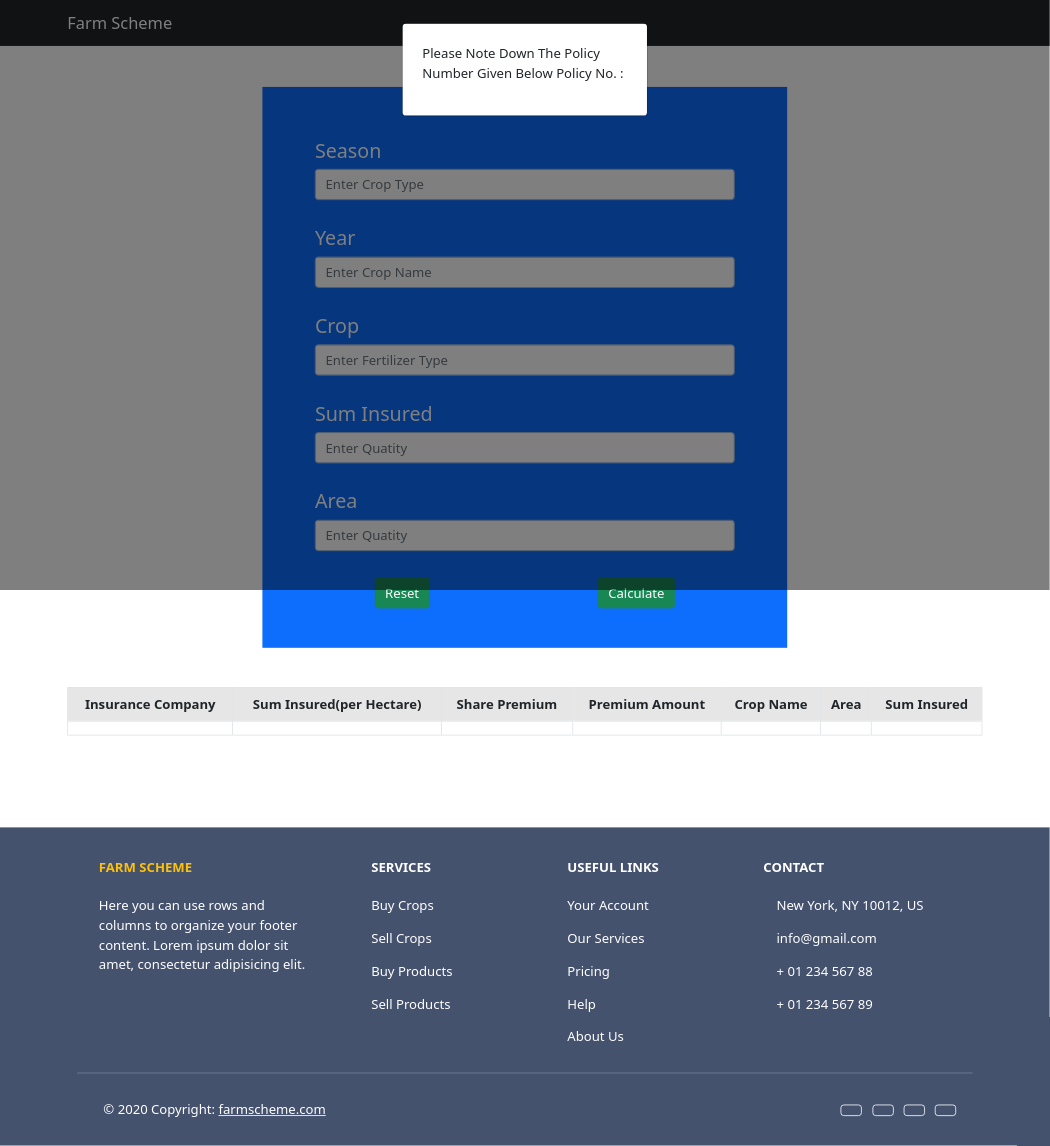
Repository: lavakumar17/Farmscheme
Page: http://localhost/demo/farmer/insurance_reg_success.jsp
These files come from the project's save history. The page is drawn as it stood at one moment and after the next save; the edit follows.
The browser window is 1280 px wide. The pictures show the whole page, at 82% of full size.
The page is served by Tomcat 9. The template is opened directly, without the code that normally fills it, so the values that code supplies are empty.

Above is the page before, as saved 2022-06-24 05:07:41.

After the next save:
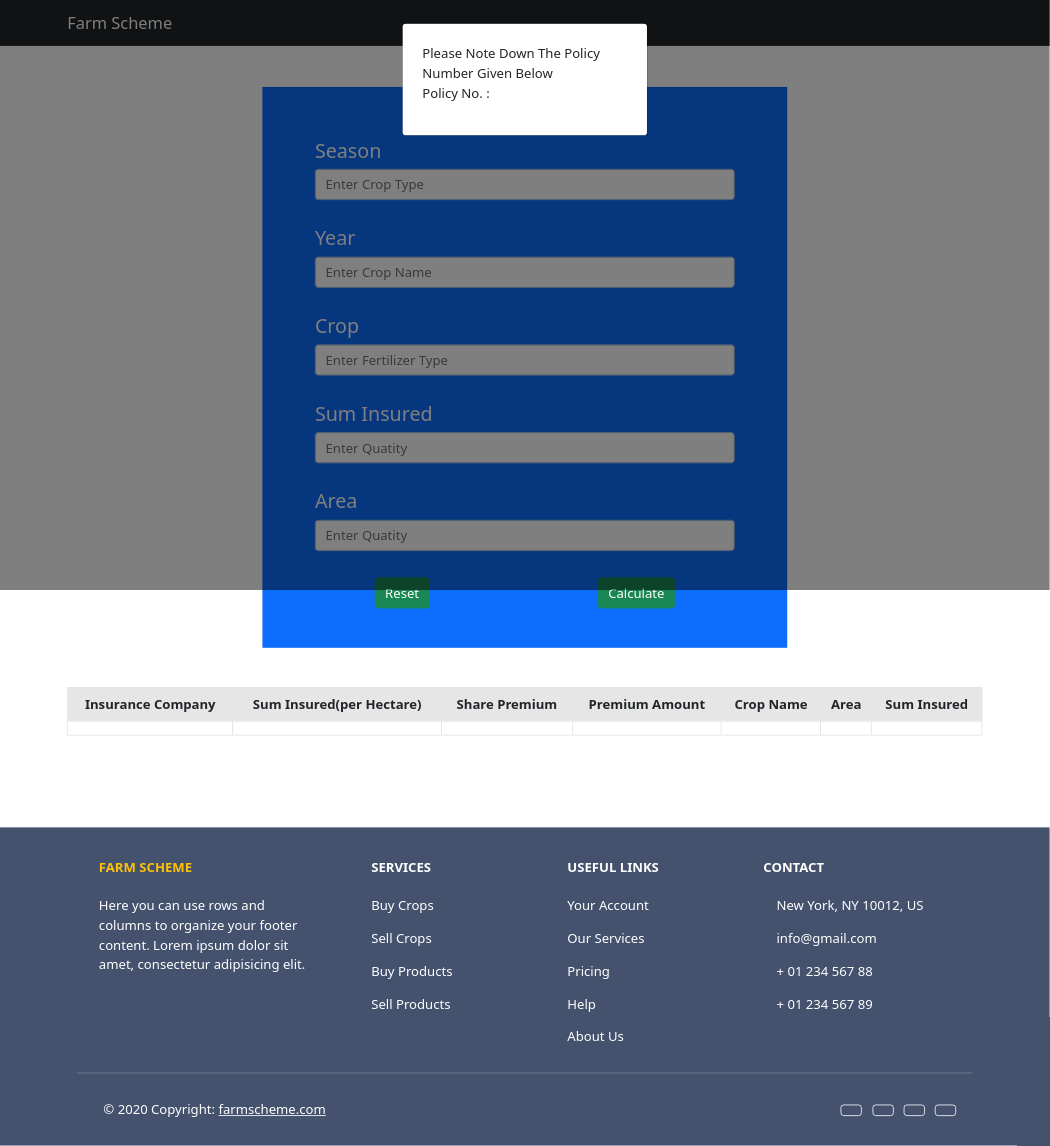
Saved 16 s later.
--- a/MainProject/demo/src/main/webapp/farmer/insurance_reg_success.jsp
+++ b/MainProject/demo/src/main/webapp/farmer/insurance_reg_success.jsp
@@ -126,7 +126,7 @@
 <div class="modal fade bd-example-modal-sm" tabindex="-1" role="dialog" aria-labelledby="mySmallModalLabel" aria-hidden="true" id="exampleModal">
   <div class="modal-dialog modal-sm">
     <div class="modal-content p-4">
-     <p>Please Note Down The Policy Number Given Below
+     <p>Please Note Down The Policy Number Given Below<br>
      Policy No. : ${policyNo }</p>
     </div>
   </div>
